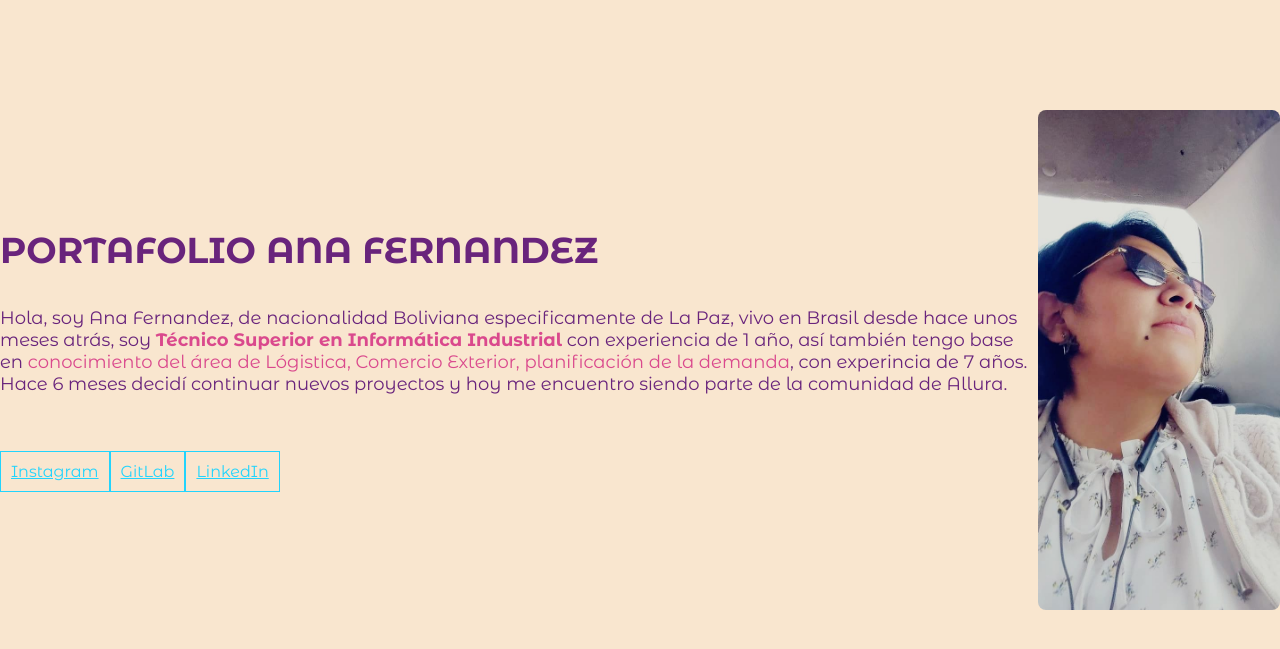
Repository: AnaFzCz/PROYECTOS-HTML---CSS2
Page: Portafolio/index.html
An editor plug-in stored every save of this project. The page is shown before and after the next save, followed by the edit.
The browser window is 1280 px wide. The pictures show the whole page.

Above is the page before, as saved 2025-01-25 07:15:31.

After the next save:
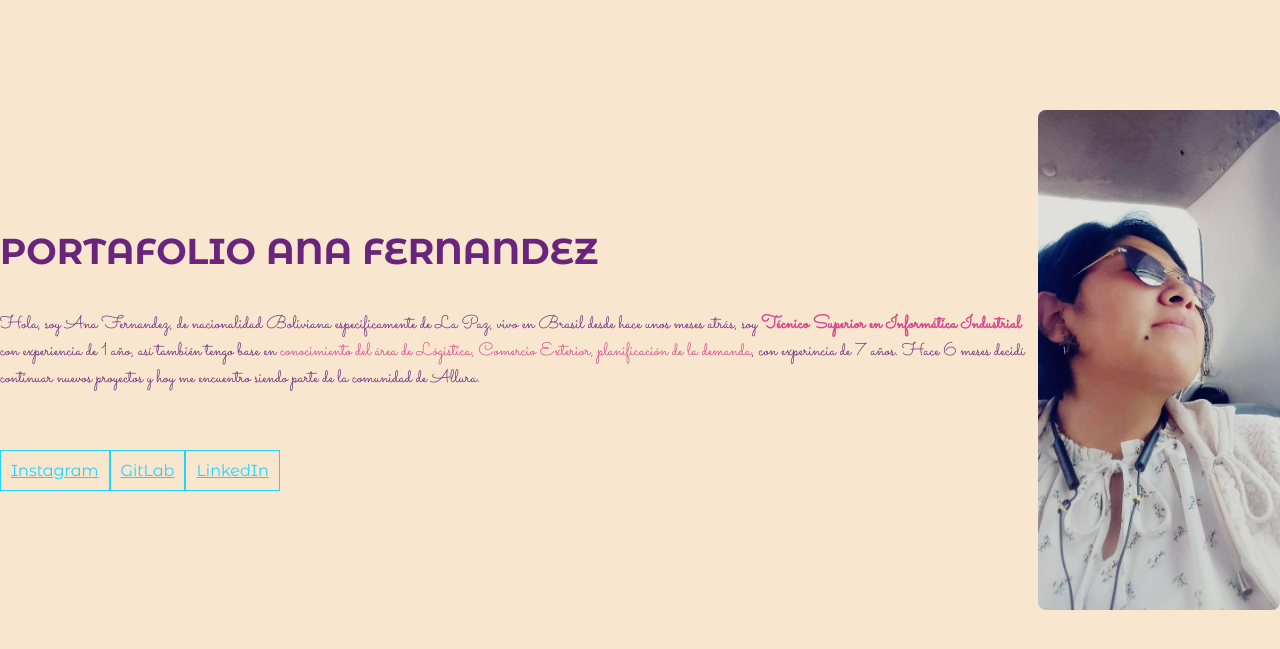
Saved 58 s later.
--- a/Portafolio/style.css
+++ b/Portafolio/style.css
@@ -77,6 +77,7 @@ a {
 .presentacion_parrafo{
 
   font-size: 18px;
+  font-family: "Sacramento", serif;;
 }
 
 img {
